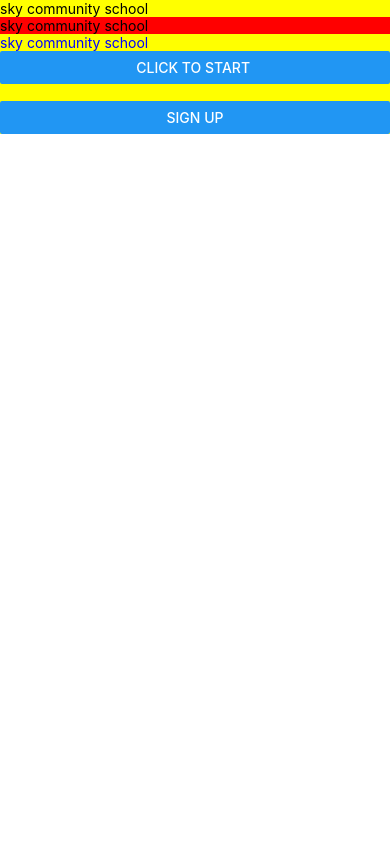
Repository: 2000-Nanayaw/MobileApp
Screen: /
These files come from the project's save history. The screen is drawn as it stood at one moment and after the next save; the edit follows.
The app was drawn by React Native's web renderer in a window 390 px wide. The project was rebuilt for these pictures with package versions that can differ from the ones it lists, and the page was loaded fresh each time.

Above is the screen before, as saved 2023-08-25 03:06:57.

After the next save:
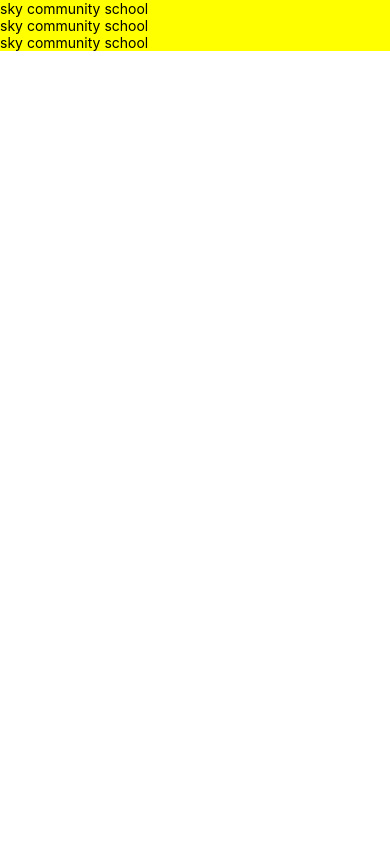
Saved 71 s later.
--- a/App.js
+++ b/App.js
@@ -6,11 +6,8 @@ import { Button, StyleSheet, Text, TextInput, View } from 'react-native';
     <View style={styles.container}>
       <View style={styles.container}>
       <Text>sky community school</Text>
-      <Text style={{backgroundColor: "red"}}>sky community school</Text>
-      <Text style={styles.jsarText}>sky community school</Text>
-      <Button title='click to start '/>
-      <TextInput />
-      <Button title='sign up'/>
+      <Text>sky community school</Text>
+      <Text >sky community school</Text>
       </View>
       <StatusBar style="auto" />
     </View>
